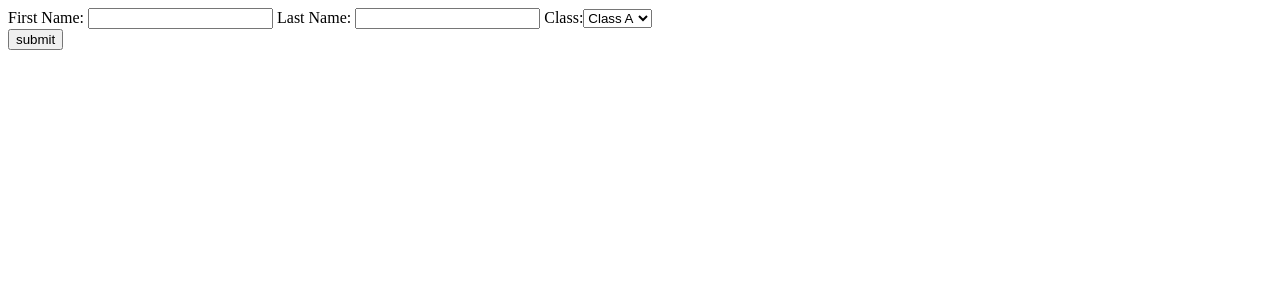
Repository: zshafi01/LearnerAcadamy
Page: http://localhost/LearnerAcadamy/Instructor.jsp
The author's editor kept a copy of each file at every save. The page is drawn from the files as they stood at one save, then again after the next save.
The browser window is 1280 px wide. The pictures show the whole page.
The page is served by Tomcat 9.

Above is the page before, as saved 2021-02-03 22:27:47.

After the next save:
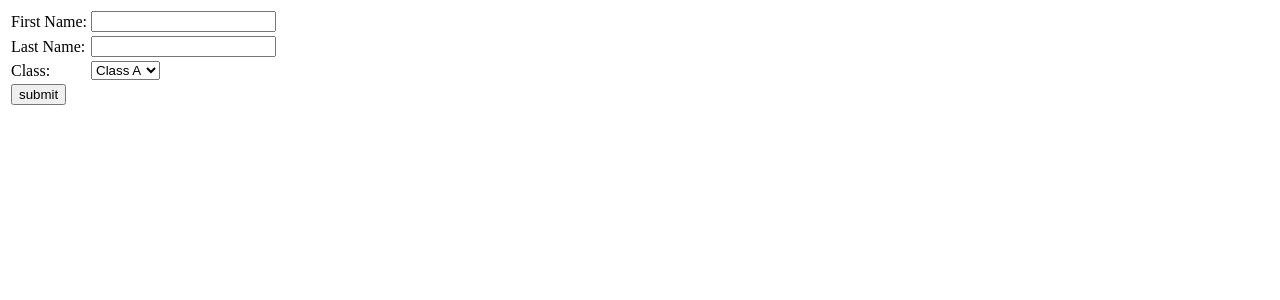
Saved 6 min 25 s later.
--- a/LearnerAcadamy/WebContent/Instructor.jsp
+++ b/LearnerAcadamy/WebContent/Instructor.jsp
@@ -8,17 +8,26 @@
 </head>
 <body>
 <form  method="post" action="instructorHandler">
-First Name: <input type="text" name="fname">
-Last Name: <input type="text" name="lname">
-Class:<select name="class">
+<table>
+<tr>
+<td>First Name:</td><td> <input type="text" name="fname"></td>
+</tr>
+<tr>
+<td>Last Name:</td><td> <input type="text" name="lname"></td>
+</tr>
+<tr>
+<td>Class:</td><td><select name="class">
     <option value="classA">Class A</option>
     <option value="classB">Class B</option>
 	 <option value="classC">Class C</option>
-</select><br/>
-
-<input type="submit" value="submit">
+</select></td>
+</tr>
+<tr>
 
 
+<td><input type="submit" value="submit"></td>
+</tr>
+</table>
 </form>
 
 </body>
